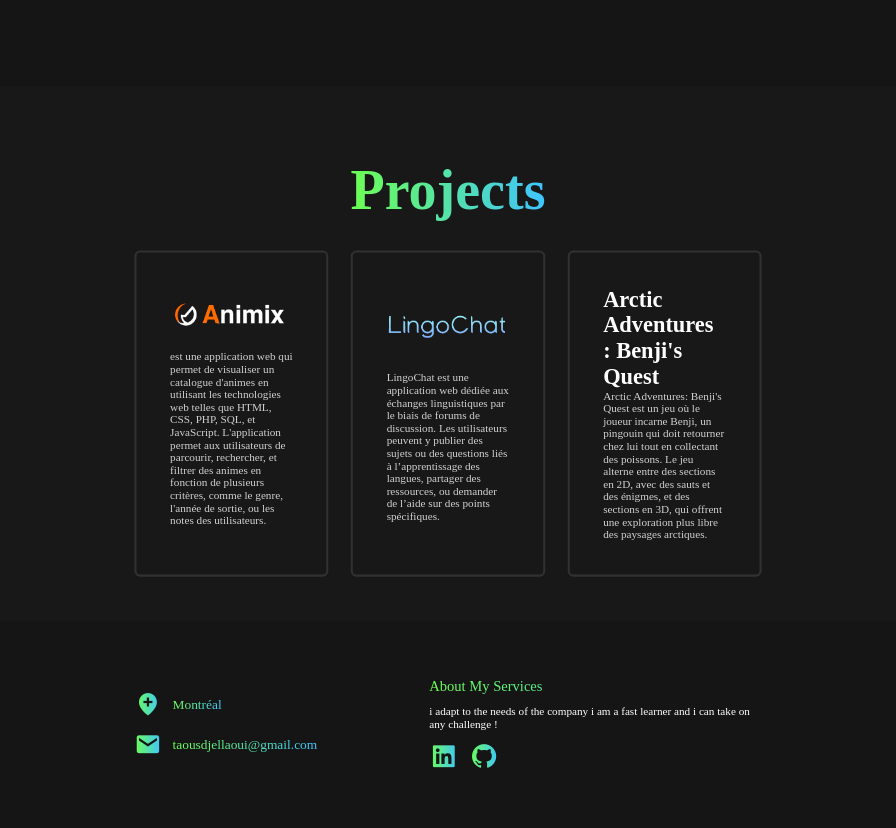
Repository: taousdjellaoui/portfolio-
Page: index.html
The author's editor kept a copy of each file at every save. The page is drawn from the files as they stood at one save, then again after the next save.
The browser window is 1280 px wide. The pictures show the part of the page from y = 1317 to 3237 px (the page is 2500 px tall before and 3237 px after), at 70% of full size.

Above is the page before, as saved 2024-10-09 20:56:19.

After the next save:
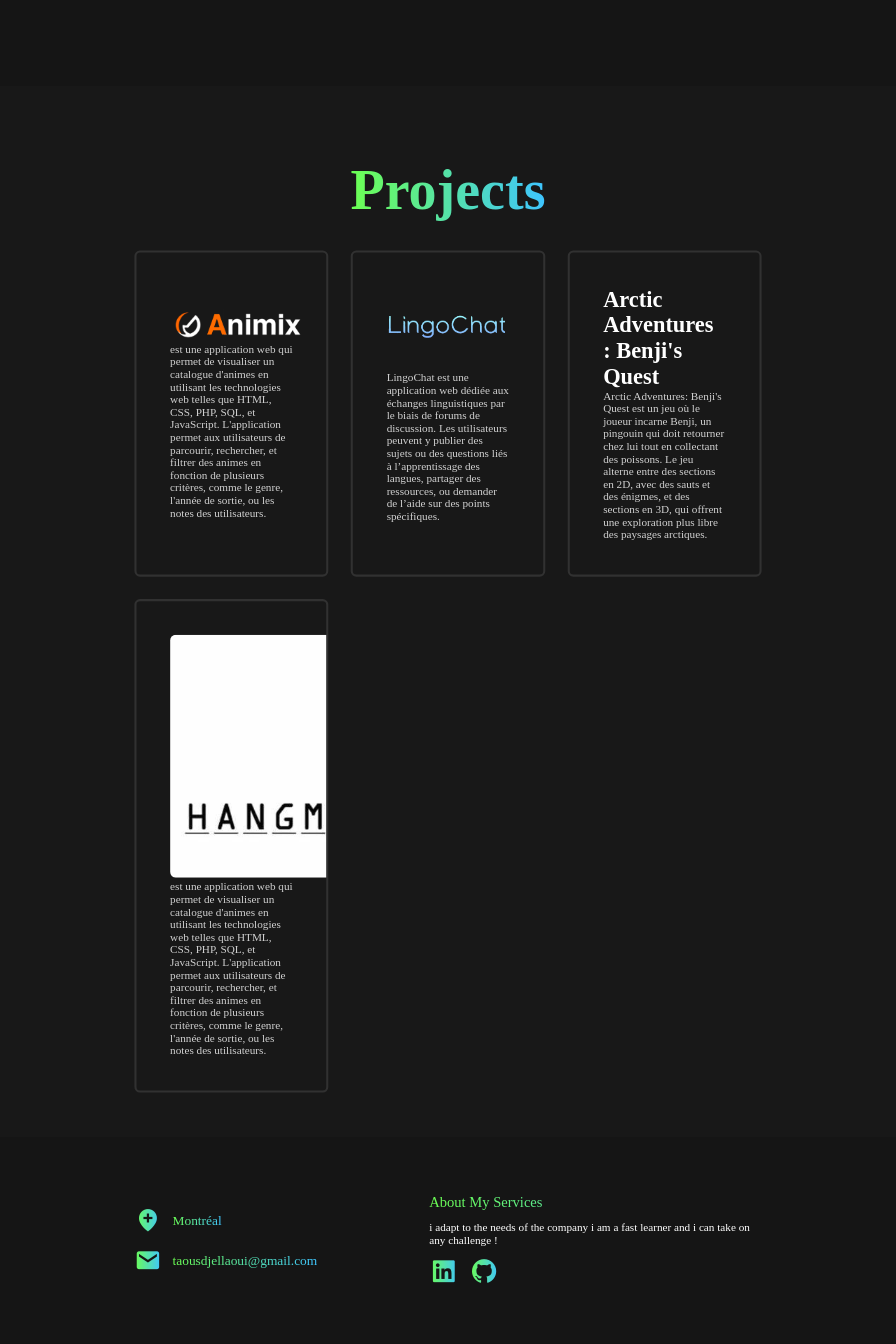
Saved 15 days later.
--- a/index.html
+++ b/index.html
@@ -78,10 +78,11 @@
       <h1 class="header"><span>Projects</span></h1>
       <div class="projects-container">
         <div class="box">
+          <a href="https://github.com/taousdjellaoui/animix">
           <img src="images/logo-animix.png" alt="">
           <p>est une application web qui permet de visualiser un catalogue d'animes en utilisant les technologies web telles que HTML, CSS, PHP, SQL, et JavaScript. L'application permet aux utilisateurs de parcourir, rechercher, et filtrer des animes en fonction de plusieurs critères,
             comme le genre, l'année de sortie, ou les notes des utilisateurs.</p>
-
+          </a>
         </div>
         <div class="box">
           <img src="images/logoLingoChat.png" alt="">
@@ -97,6 +98,13 @@
             joueur incarne Benji, un pingouin qui doit retourner chez lui tout en
             collectant des poissons. Le jeu alterne entre des sections en 2D, avec des sauts et des
             énigmes, et des sections en 3D, qui offrent une exploration plus libre des paysages arctiques. </p>
+          </a>
+        </div>
+        <div class="box">
+          <a href="https://github.com/taousdjellaoui/animix">
+          <img src="images/HangMan.jpg" alt="">
+          <p>est une application web qui permet de visualiser un catalogue d'animes en utilisant les technologies web telles que HTML, CSS, PHP, SQL, et JavaScript. L'application permet aux utilisateurs de parcourir, rechercher, et filtrer des animes en fonction de plusieurs critères,
+            comme le genre, l'année de sortie, ou les notes des utilisateurs.</p>
           </a>
         </div>
       </div>
